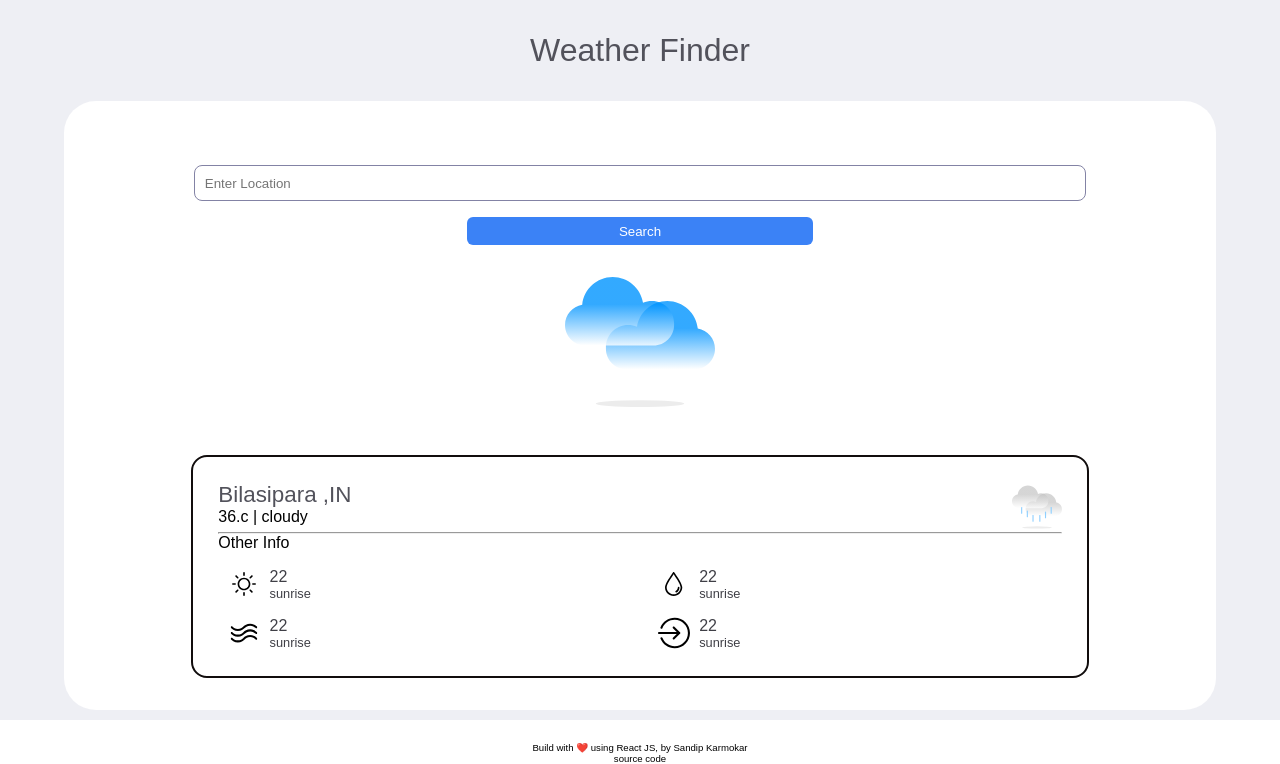
Repository: sandipkarmokar/weather-app
Page: /
An editor plug-in stored every save of this project. The page is shown before and after the next save, followed by the edit.
The browser window is 1280 px wide. The pictures show the whole page.
The project was rebuilt for these pictures with package versions that can differ from the ones it lists, and the page was loaded fresh each time.

Above is the page before, as saved 2022-04-12 17:30:38.

### src/App.js
import { useState, useEffect } from 'react';
import './App.css';
import WeatherForm from './components/WeatherForm';
import WeatherInfoShow from './components/WeatherInfoShow';

export const WeatherIcons = {
    '01d': '../icons/sunny.svg',
    '01n': '../icons/night.svg',
    '02d': '../icons/day.svg',
    '02n': '../icons/cloudy-night.svg',
    '03d': '../icons/cloudy.svg',
    '03n': '../icons/cloudy.svg',
    '04d': '../icons/perfect-day.svg',
    '04n': '../icons/cloudy-night.svg',
    '09d': '../icons/rain.svg',
    '09n': '../icons/rain-night.svg',
    '10d': '../icons/rain.svg',
    '10n': '../icons/rain-night.svg',
    '11d': '../icons/storm.svg',
    '11n': '../icons/storm.svg',
};

function App() {
    const [city, setCity] = useState('');
    const [weatherData, setWeatherData] = useState([]);

    console.log(weatherData);
    const url = `https://api.openweathermap.org/data/2.5/weather?q=${city}&appid=390f3fd7515cacb5596ae4765de92a6d`;

    const fetchData = async (e) => {
        e.preventDefault();
        try {
            const response = await fetch(url);
            const data = await response.json();

            setWeatherData(data);
            console.log('data fetched');
        } catch (error) {
            console.log(error);
        }
    };

    return (
        <div className="app">
            <div className="heading">
                <p>Weather Finder</p>
            </div>
            <div className="app-container">
                <WeatherForm
                    city={city}
                    setCity={setCity}
                    fetchData={fetchData}
                ></WeatherForm>

                {/* {weatherData.length !== 0 && city ? (
                    <WeatherInfoShow
                        weatherData={weatherData}
                    ></WeatherInfoShow>
                ) : (
                    ''
                )} */}
                <WeatherInfoShow weatherData={weatherData}></WeatherInfoShow>
            </div>
            <footer>
                <p>Build with ❤️ using React JS, by Sandip Karmokar</p>
                <p>source code</p>
            </footer>
        </div>
    );
}

export default App;

### src/App.css
* {
    margin: 0;
    padding: 0;
    box-sizing: border-box;
    font-family: Arial, Helvetica, sans-serif;
}

.app {
    background-color: #eeeff4;
    height: 100vh;
}

.app .heading p {
    color: #52525b;
    padding-top: 2rem;
    font-size: 2rem;
    text-align: center;
}

.app .app-container {
    width: 90%;
    margin: 2rem auto;
    background: #ffffff;
    border-radius: 2rem;
    padding: 1rem 0;
}

.app .app-container .weather-form {
    width: 86%;
    margin: 0 auto;
    display: flex;
    flex-direction: column;
}

.app .app-container .weather-form input {
    padding: 0.6rem;
    margin: 1rem auto;
    border: 0.5px solid #8383a5;
    border-radius: 8px;
    width: 90%;
    margin-top: 3rem;
}
.app .app-container .weather-form button {
    width: 35%;
    margin: 0 auto;
    padding: 0.4rem;
    background-color: #3b82f6;
    color: #ffffff;
    border: none;
    border-radius: 6px;
    cursor: pointer;
}
.app .app-container .weather-form img {
    width: 150px;

    margin: 2rem auto;
}

.app .app-container .weather-info-show {
    background-color: #ffffff;
    width: 78%;
    border: 2px solid rgb(17, 13, 13);
    margin: 1rem auto;
    border-radius: 1rem;
    padding: 1.6rem;
}
.app .app-container .weather-info-show .main-info {
    display: flex;
    justify-content: space-between;
}

.app .app-container .weather-info-show .main-info img {
    width: 50px;
    height: 50px;
}
.app .app-container .weather-info-show .main-info .info .location {
    font-size: 1.4rem;
    color: #52525b;
}

.app .app-container .weather-info-show .other-info {
    display: flex;
    flex-direction: column;
}
.app .app-container .weather-info-show .other-info .other-info-data {
    display: grid;

    grid-template-columns: 1fr 1fr;
    grid-template-rows: 1fr 1fr;
    gap: 1rem;
    margin-top: 1rem;
}

.app .app-container .weather-info-show .other-info .other-info-data .item {
    display: flex;
}

.app .app-container .weather-info-show .other-info .other-info-data .item img {
    height: 32px;
    width: 32px;
    margin: 0 0.6rem;
}

.app
    .app-container
    .weather-info-show
    .other-info
    .other-info-data
    .item
    .sub-info {
    display: flex;
    flex-direction: column;
}

.app
    .app-container
    .weather-info-show
    .other-info
    .other-info-data
    .item
    .sub-info
    .data {
    color: #3f3f46;
}
.app
    .app-container
    .weather-info-show
    .other-info
    .other-info-data
    .item
    .sub-info
    .sub-info-title {
    color: #3f3f46;
    font-size: 0.8rem;
}

.app footer p {
    text-align: center;
    font-size: 0.6rem;
}

### src/components/WeatherForm.js
import React from 'react';
import mainImage from '../icons/perfect-day.svg';

const WeatherForm = ({ city, setCity, fetchData }) => {
    return (
        <div className="weather-form">
            <input
                type="text"
                placeholder="Enter Location"
                value={city}
                onChange={(e) => setCity(e.target.value)}
            />
            <button onClick={fetchData}>Search</button>
            <img src={mainImage} alt="" />
        </div>
    );
};

export default WeatherForm;

### src/components/WeatherInfoShow.js
import React from 'react';
import imagex from '../icons/cloudy.svg';
import { WeatherIcons } from '../App';

import sunset from '../icons/temp.svg';
import sunrise from '../icons/temp.svg';
import humidity from '../icons/humidity.svg';
import wind from '../icons/wind.svg';
import pressure from '../icons/pressure.svg';

// export default const WeatherInfoIcons = {
// sunset: '../icons/temp.svg',
// sunrise: '../icons/temp.svg',
// humidity: '../icons/humidity.svg',
// wind: '../icons/wind.svg',
// pressure: '../icons/pressure.svg',
// };

const WeatherInfoShow = ({ weatherData }) => {
    return (
        <div className="weather-info-show">
            <div className="main-info">
                <div className="info">
                    <div className="location">Bilasipara ,IN</div>
                    <div className="data">36.c | cloudy</div>
                </div>

                {/* <img src={WeatherIcons['04d']} alt="" /> */}
                <img src={imagex} alt="" />
            </div>
            <hr className="line" />
            <div className="other-info">
                <p>Other Info</p>
                <div className="other-info-data">
                    <div className="item">
                        <img src={sunrise} alt="" />
                        <div className="sub-info">
                            <p className="data">22</p>
                            <p className="sub-info-title">sunrise</p>
                        </div>
                    </div>
                    <div className="item">
                        <img src={humidity} alt="" />
                        <div className="sub-info">
                            <p className="data">22</p>
                            <p className="sub-info-title">sunrise</p>
                        </div>
                    </div>
                    <div className="item">
                        <img src={wind} alt="" />
                        <div className="sub-info">
                            <p className="data">22</p>
                            <p className="sub-info-title">sunrise</p>
                        </div>
                    </div>
                    <div className="item">
                        <img src={pressure} alt="" />
                        <div className="sub-info">
                            <p className="data">22</p>
                            <p className="sub-info-title">sunrise</p>
                        </div>
                    </div>
                </div>
            </div>
        </div>
    );
};

export default WeatherInfoShow;

Loaded but not shown: public/index.html (common file); src/index.js (common file); src/index.css (common file); src/reportWebVitals.js (common file)

After the next save:
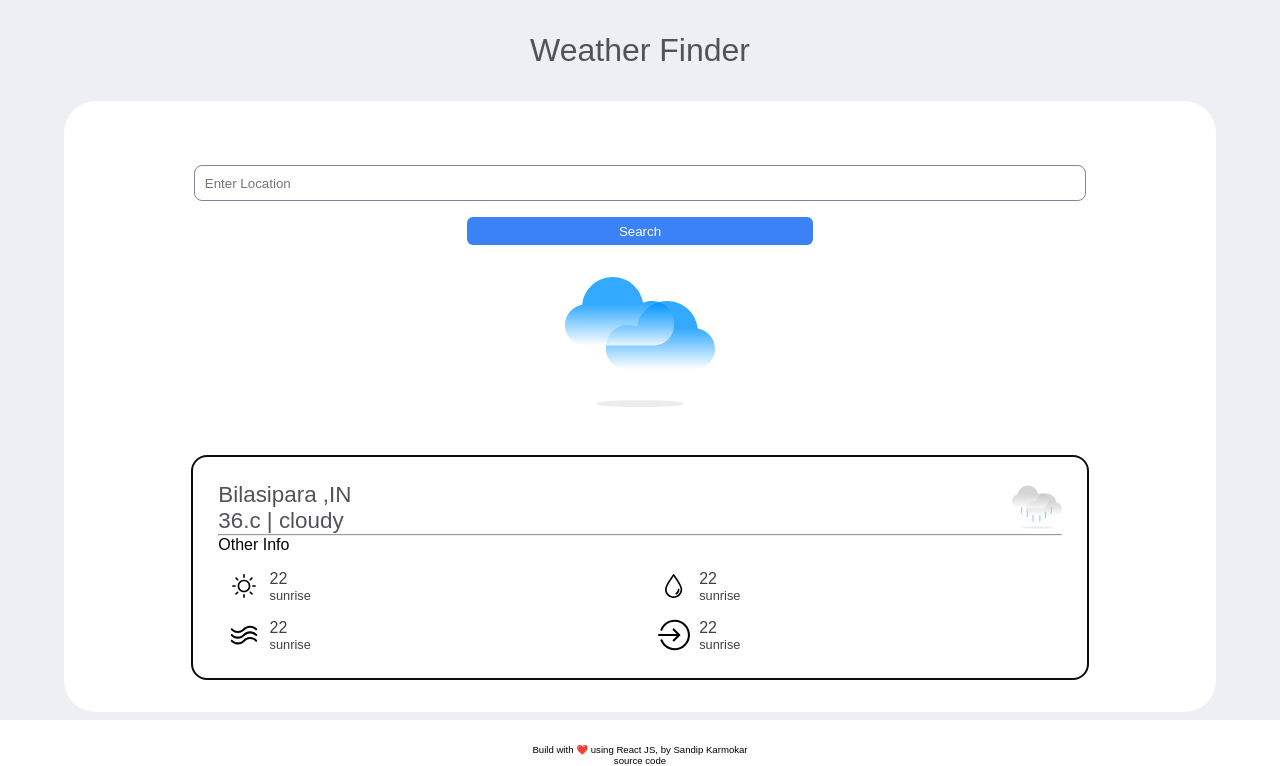
Saved 9 s later.
--- a/src/App.css
+++ b/src/App.css
@@ -77,6 +77,10 @@
     font-size: 1.4rem;
     color: #52525b;
 }
+.app .app-container .weather-info-show .main-info .info .data {
+    font-size: 1.4rem;
+    color: #52525b;
+}
 
 .app .app-container .weather-info-show .other-info {
     display: flex;
